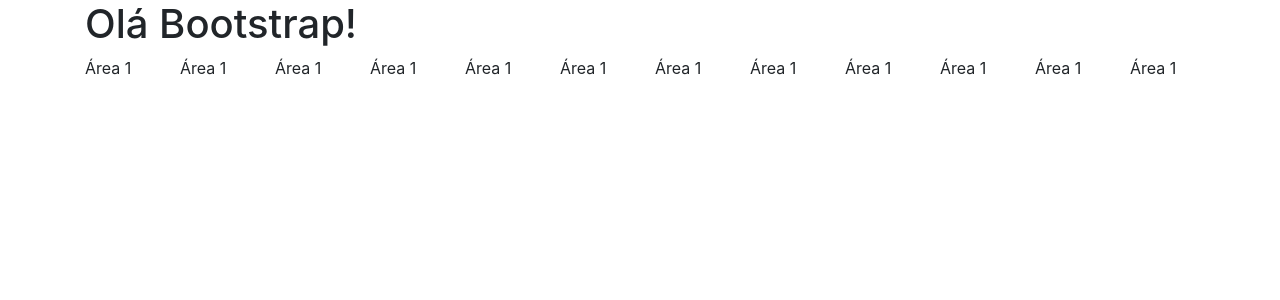
Repository: woodyalan/bootstrap-4
Page: conteudo.html
These files come from the project's save history. The page is drawn as it stood at one moment and after the next save; the edit follows.
The browser window is 1280 px wide. The pictures show the whole page.

Above is the page before, as saved 2020-09-08 22:07:56.

### conteudo.html
<!DOCTYPE html>
<html lang="pt-br">
  <head>
    <!-- Required meta tags -->
    <meta charset="utf-8" />
    <meta name="viewport" content="width=device-width, initial-scale=1, shrink-to-fit=no" />

    <link rel="stylesheet" href="https://stackpath.bootstrapcdn.com/bootstrap/4.5.2/css/bootstrap.min.css" />

    <title>Olá Bootstrap!</title>
  </head>
  <body>
    <div class="container">
      <h1>Olá Bootstrap!</h1>

      <div class="row">
        <div class="col-1">Área 1</div>
        <div class="col-1">Área 1</div>
        <div class="col-1">Área 1</div>
        <div class="col-1">Área 1</div>
        <div class="col-1">Área 1</div>
        <div class="col-1">Área 1</div>
        <div class="col-1">Área 1</div>
        <div class="col-1">Área 1</div>
        <div class="col-1">Área 1</div>
        <div class="col-1">Área 1</div>
        <div class="col-1">Área 1</div>
        <div class="col-1">Área 1</div>
      </div>
    </div>

    <!-- JS, Popper e jQuery -->
    <script src="https://code.jquery.com/jquery-3.5.1.slim.min.js"></script>
    <script src="https://cdn.jsdelivr.net/npm/popper.js@1.16.1/dist/umd/popper.min.js"></script>
    <script src="https://stackpath.bootstrapcdn.com/bootstrap/4.5.2/js/bootstrap.min.js"></script>
  </body>
</html>

After the next save:
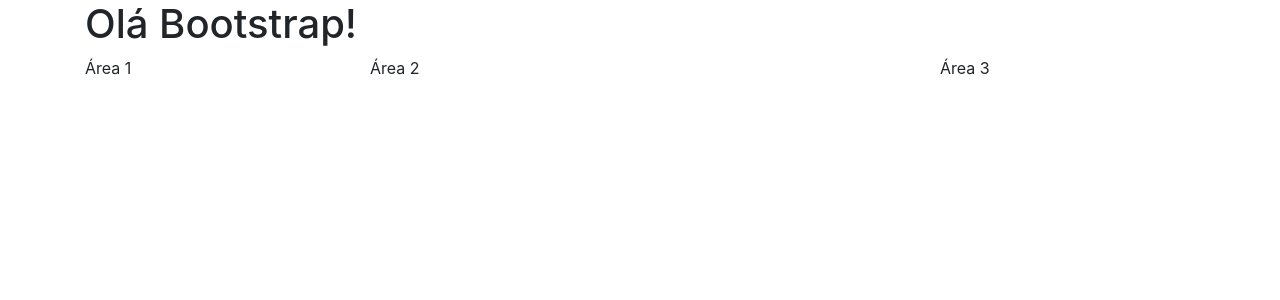
Saved 44 s later.
--- a/conteudo.html
+++ b/conteudo.html
@@ -14,18 +14,9 @@
       <h1>Olá Bootstrap!</h1>
 
       <div class="row">
-        <div class="col-1">Área 1</div>
-        <div class="col-1">Área 1</div>
-        <div class="col-1">Área 1</div>
-        <div class="col-1">Área 1</div>
-        <div class="col-1">Área 1</div>
-        <div class="col-1">Área 1</div>
-        <div class="col-1">Área 1</div>
-        <div class="col-1">Área 1</div>
-        <div class="col-1">Área 1</div>
-        <div class="col-1">Área 1</div>
-        <div class="col-1">Área 1</div>
-        <div class="col-1">Área 1</div>
+        <div class="col-3">Área 1</div>
+        <div class="col-6">Área 2</div>
+        <div class="col-3">Área 3</div>
       </div>
     </div>
 
